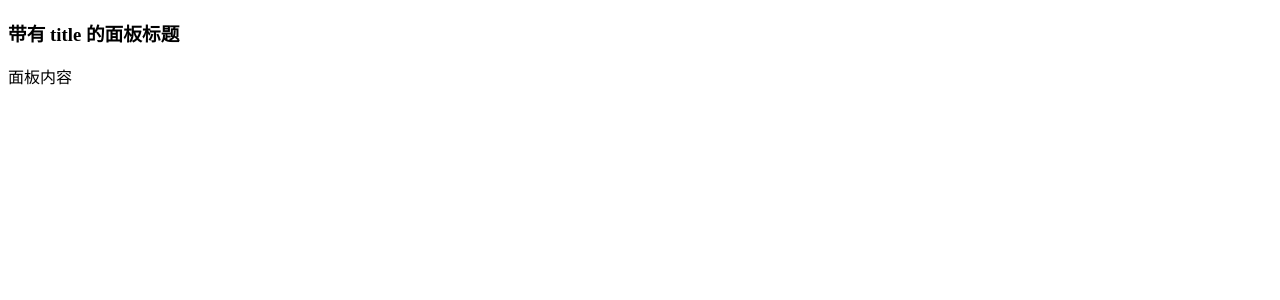
Repository: lidasi/monkeyLife
Page: http://localhost/monkeyLife/jsp/english.jsp
An editor plug-in stored every save of this project. The page is shown before and after the next save, followed by the edit.
The browser window is 1280 px wide. The pictures show the whole page.
The page is served by Tomcat 9.

Above is the page before, as saved 2017-07-12 09:38:54.

After the next save:
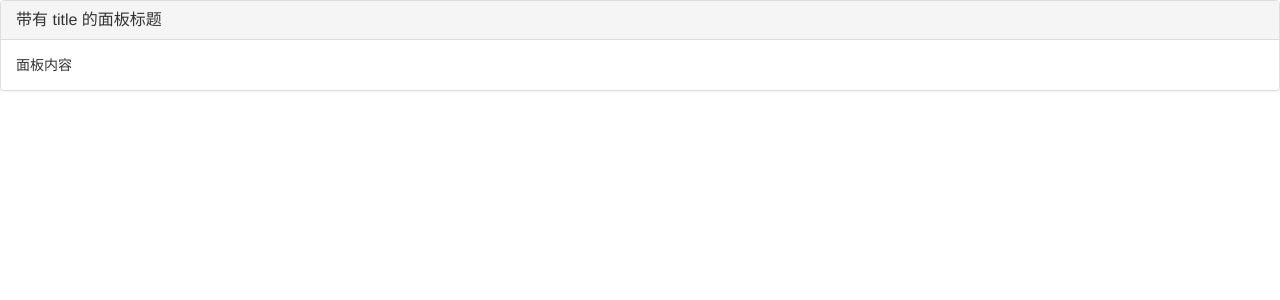
Saved 41 s later.
--- a/workSpeaces/monkeyLife/WebContent/jsp/english.jsp
+++ b/workSpeaces/monkeyLife/WebContent/jsp/english.jsp
@@ -4,7 +4,7 @@
 <html>
 <head>
 <meta http-equiv="Content-Type" content="text/html; charset=UTF-8">
-<link rel="stylesheet" type="text/css" media="screen" href="../css/top.css">
+<link rel="stylesheet" type="text/css" media="screen" href="../ui/bootstrap/css/bootstrap.min.css">
 <script type="text/javascript" src="../js/jquery.min.js"></script>
 <title>infoPage</title>
 </head>
